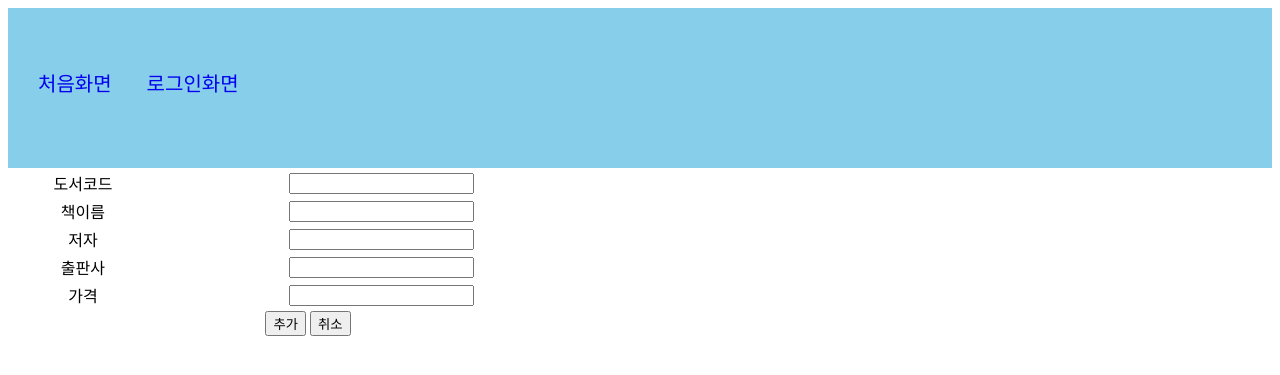
Repository: golddrone7/front
Page: http://localhost/bookproject2/book/bookInput.jsp
These files come from the project's save history. The page is drawn as it stood at one moment and after the next save; the edit follows.
The browser window is 1280 px wide. The pictures show the whole page.
The page is served by Tomcat 9. Other server files are loaded and not shown.

Above is the page before, as saved 2023-02-24 03:32:28.

### bookproject2/web/book/bookInput.jsp
<%@ page language="java" contentType="text/html; charset=UTF-8"
    pageEncoding="UTF-8"%>
<%@ include file="../menu.jsp" %>


<form action="../input" method="post" align="center">
<table border="0" width="600" >
	<tr>
		<td>도서코드</td>
		<td><input type="text" name="isbn"></td>
	</tr>
	<tr>
		<td>책이름</td>
		<td><input type="text" name="title"></td>
	</tr>
	<tr>
		<td>저자</td>
		<td><input type="text" name="author"></td>
	</tr>
	<tr>
		<td>출판사</td>
		<td><input type="text" name="company"></td>
	</tr>
	<tr>
		<td>가격</td>
		<td><input type="text" name="price"></td>
	</tr>
	<tr>
		<td colspan="2" align="center">
			<input type="submit" value="추가">
			<input type="reset" value="취소">
		</td>
	</tr>
</table>
</form>
</body>
</html>

### bookproject2/web/menu.jsp
<%@ page language="java" contentType="text/html; charset=UTF-8"
    pageEncoding="UTF-8"%>
<!DOCTYPE html>
<html>
<head>
<meta charset="UTF-8">
<title>Insert title here</title>
<style type="text/css">
body{
	align-content: center;
}
.top {
	background-color: skyblue;
	height: 100px;
	padding-top: 60px;
	font-size: 20px;
}
span{
	margin-left: 30px;
}
a {
	text-decoration: none;
}

p {
	font-size: 30px;
	color: limegreen;
}
</style>

</head>
<body>
<% request.setCharacterEncoding("utf-8");
	String id = null;
	id = (String)session.getAttribute("loginOK");
%>
<div class="top">

	<span><a href="/book1/index.jsp">처음화면</a></span>
<%if(id==null) {%>
	<span><a href="/book1/login/login.jsp">로그인화면</a></span>
<%} else {%>
	<span><a href="/book1/book/bookInput.jsp">도서등록</a></span>
	<span><a href="/book1/list">도서목록</a></span>
	<span><a href="/book1/logout">로그아웃</a></span>
	<span style="font-size: 12px;"><b><%=id %>님이 로그인 하셨습니다</b></span>
<% } %>
</div>

After the next save:
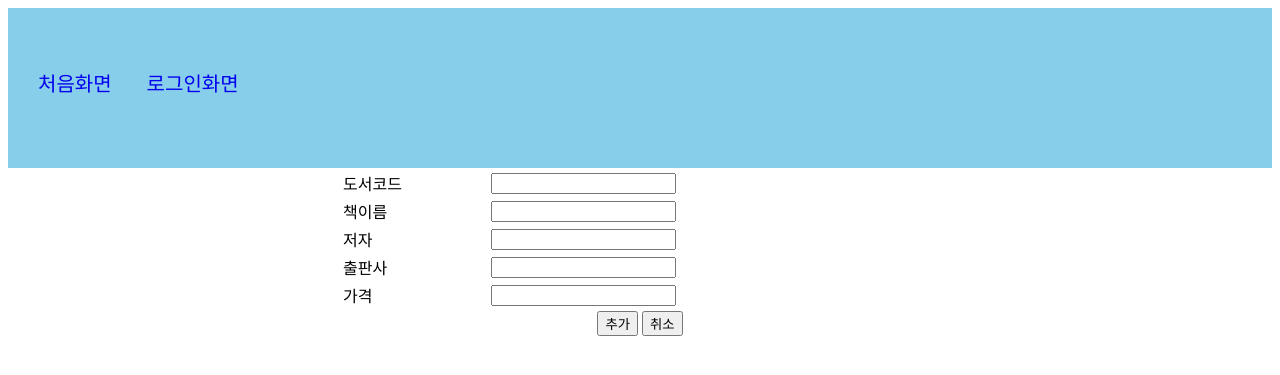
Saved 22 s later.
--- a/bookproject2/web/book/bookInput.jsp
+++ b/bookproject2/web/book/bookInput.jsp
@@ -3,8 +3,8 @@
 <%@ include file="../menu.jsp" %>
 
 
-<form action="../input" method="post" align="center">
-<table border="0" width="600" >
+<form action="../input" method="post" >
+<table border="0" width="600" align="center">
 	<tr>
 		<td>도서코드</td>
 		<td><input type="text" name="isbn"></td>
